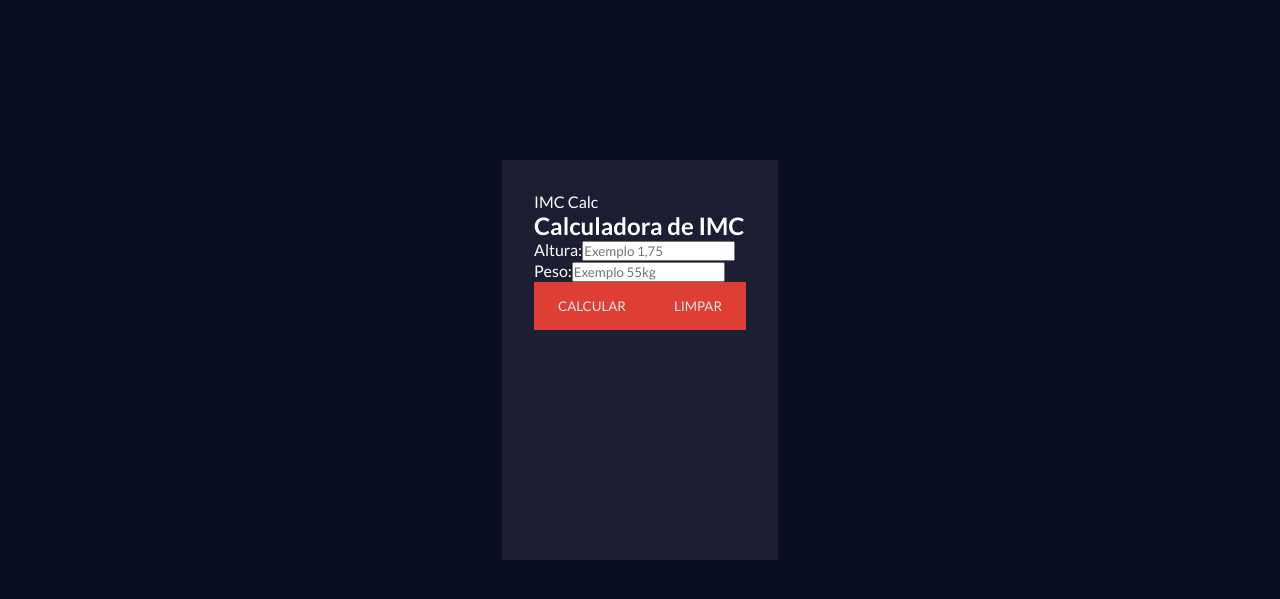
Repository: Bitroia/imc-calc-react
Page: / (app in imc/imc-calc/)
An editor plug-in stored every save of this project. The page is shown before and after the next save, followed by the edit.
The browser window is 1280 px wide. The pictures show the whole page.
The project was rebuilt for these pictures with package versions that can differ from the ones it lists, and the page was loaded fresh each time. Also part of the build but not shown: imc/imc-calc/vite.config.js.

Above is the page before, as saved 2026-05-26 18:45:14.

### imc/imc-calc/index.html
<!doctype html>
<html lang="en">
  <head>
    <meta charset="UTF-8" />
    <link rel="icon" type="image/svg+xml" href="/favicon.svg" />
    <meta name="viewport" content="width=device-width, initial-scale=1.0" />
    <link rel="preconnect" href="https://fonts.googleapis.com" />
    <link rel="preconnect" href="https://fonts.gstatic.com" crossorigin />
    <link
      href="https://fonts.googleapis.com/css2?family=Lato:ital,wght@0,100;0,300;0,400;0,700;0,900;1,100;1,300;1,400;1,700;1,900&family=Montserrat:ital,wght@0,100..900;1,100..900&family=Roboto:ital,wght@0,100..900;1,100..900&display=swap"
      rel="stylesheet"
    />
    <title>imc-calc</title>
  </head>
  <body>
    <div id="root"></div>
    <script type="module" src="/src/main.jsx"></script>
  </body>
</html>

### imc/imc-calc/src/index.css
*{
  margin: 0;
  padding: 0;
  box-sizing: border-box;
  font-family: "Lato", sans-serif
}

body{
  background-color: #090e22;
  display: flex;
  justify-content: center;
  align-items: center;
  min-height: 100vh;
  color: #fff;
}

### imc/imc-calc/src/App.jsx
import { useState } from "react";
import ImcCalc from "./components/ImcCalc";
import "./App.css";

function App() {
  return (
    <div className="container">
      <p>IMC Calc</p>
      <ImcCalc/>
    </div>
  );
}

export default App;

### imc/imc-calc/src/components/ImcCalc.jsx
import React from "react";
import Button from "./Button";

const ImcCalc = () => {
  return (
    <div id="calc-container">
      <h2>Calculadora de IMC</h2>
      <form id="imc-form">
        <div className="form-inputs">
          <div className="form-control">
            <label htmlFor="height">Altura:</label>
            <input
              type="text"
              name="height"
              id="height"
              placeholder="Exemplo 1,75"
            />
          </div>
          <div className="form-control">
            <label htmlFor="weight">Peso:</label>
            <input
              type="text"
              name="weight"
              id="weight"
              placeholder="Exemplo 55kg"
            />
          </div>
        </div>
        <div className="action-control">
            <Button id="calc-btn" text="Calcular"/>
            <Button id="clear-btn" text="Limpar"/>
        </div>
      </form>
    </div>
  );
};

export default ImcCalc;

### imc/imc-calc/src/App.css
.container{
    min-height: 400px;
    min-height: 400px;
    background-color: #1d1e33;
    padding: 2rem;
}

### imc/imc-calc/src/components/Button.jsx
import "./Button.css";
import React from "react";

const Button = ({id, text}) => {
  return <button id={id}>{text}</button>;
};

export default Button;

### imc/imc-calc/src/components/Button.css
button{
    text-transform: uppercase;
    padding: 1rem 1.5rem;
    background-color: #f44236;
    border: none;
    color: #fff;
    cursor: pointer;
    opacity: 0.9;
    flex: 1;
}

button:hover{
    opacity: 1;
}

#clear-btn{
    background-color: ;
}

Loaded but not shown: imc/imc-calc/src/main.jsx (common file)

After the next save:
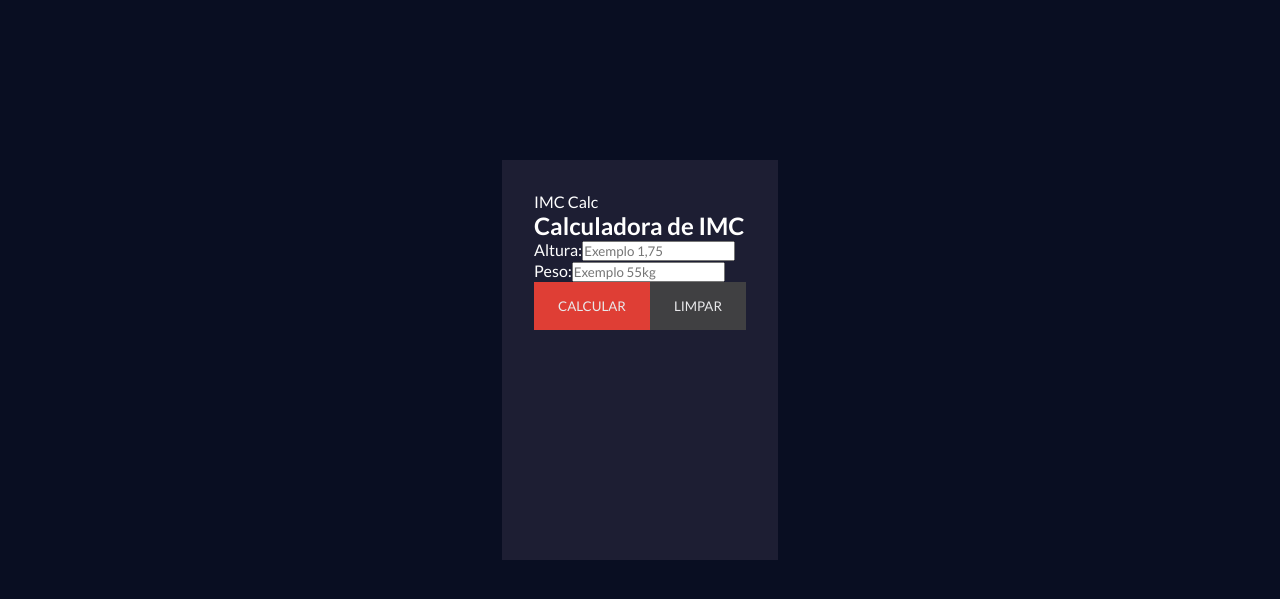
Saved 4 s later.
--- a/imc/imc-calc/src/components/Button.css
+++ b/imc/imc-calc/src/components/Button.css
@@ -14,5 +14,5 @@ button:hover{
 }
 
 #clear-btn{
-    background-color: ;
+    background-color: #444;
 }
